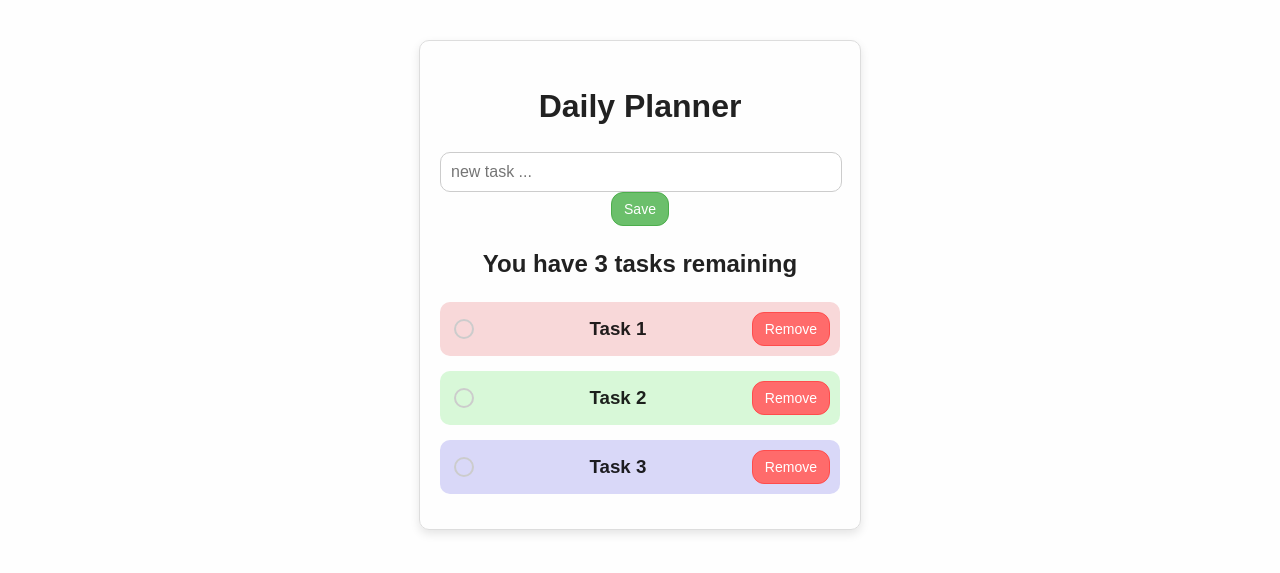
Repository: Zalida-Khan/Frontend-Lab4
Page: /
An editor plug-in stored every save of this project. The page is shown before and after the next save, followed by the edit.
The browser window is 1280 px wide. The pictures show the whole page.
The project was rebuilt for these pictures with package versions that can differ from the ones it lists, and the page was loaded fresh each time. Also part of the build but not shown: vite.config.js.

Above is the page before, as saved 2024-10-22 00:06:37.

### index.html
<!doctype html>
<html lang="en">

<head>
  <meta charset="UTF-8" />
  <link rel="icon" type="image/svg+xml" href="/vite.svg" />
  <meta name="viewport" content="width=device-width, initial-scale=1.0" />
  <title>Day Planner</title>
</head>

<body>
  <div id="root"></div>
  <script type="module" src="/src/main.jsx"></script>
</body>

</html>

### src/App.jsx
import "./App.css";
import React, { useState } from "react";
import Task from "./components/Task";
import TaskForm from "./components/TaskForm";

function App() {
  const [tasks, setTasks] = useState([
    { id: 1, text: "Task 1", completed: false },
    { id: 2, text: "Task 2", completed: false },
    { id: 3, text: "Task 3", completed: false },
  ]);

  const addTask = (text) =>
    setTasks([...tasks, { id: Date.now(), text, completed: false }]);

  const toggleTask = (id) =>
    setTasks(
      tasks.map((task) =>
        task.id === id ? { ...task, completed: !task.completed } : task
      )
    );

  const removeTask = (id) => setTasks(tasks.filter((task) => task.id !== id));

  const remainingTasks = tasks.filter((task) => !task.completed).length;

  return (
    <div className="app">
      <header>
        <h1>Daily Planner</h1>
      </header>
      <TaskForm addTask={addTask} />
      <h2>You have {remainingTasks} tasks remaining</h2>
      <div className="task-list">
        {tasks.map((task) => (
          <Task
            key={task.id}
            task={task}
            toggleTask={toggleTask}
            removeTask={removeTask}
          />
        ))}
      </div>
    </div>
  );
}

export default App;

### src/index.css
:root {
  font-family: Inter, system-ui, Avenir, Helvetica, Arial, sans-serif;
  line-height: 1.5;
  font-weight: 400;

  color-scheme: light dark;
  color: rgba(0, 0, 0, 0.87);
  background-color: #fefefe;

  font-synthesis: none;
  text-rendering: optimizeLegibility;
  -webkit-font-smoothing: antialiased;
  -moz-osx-font-smoothing: grayscale;
}

### src/App.css
#root {
  max-width: 1280px;
  margin: 0 auto;
  padding: 2rem;
  text-align: center;
}

.app {
  width: 400px;
  margin: 0 auto;
  padding: 20px;
  font-family: Arial, sans-serif;
  border: 1px solid #ddd;
  border-radius: 10px;
  box-shadow: 0 4px 10px rgba(0, 0, 0, 0.1);
}

.task-list {
  margin-top: 20px;
}

.task {
  display: flex;
  align-items: center;
  justify-content: space-between;
  margin-bottom: 15px;
  padding: 10px;
  border-radius: 10px;
  background-color: #f9f9f9;
}

.task:nth-child(1) {
  background-color: #f8d8d9;
}

.task:nth-child(2) {
  background-color: #d8f8d8;
}

.task:nth-child(3) {
  background-color: #d9d8f8;
}

.task:nth-child(4) {
  background-color: #f8e1d8;
}

.task h3 {
  margin: 0;
  flex-grow: 1;
  text-decoration: none;
}

.task.completed h3 {
  text-decoration: line-through;
}

.checkmark {
  appearance: none;
  width: 20px;
  height: 20px;
  border-radius: 50%;
  border: 2px solid #ccc;
  background-color: transparent;
  display: flex;
  align-items: center;
  justify-content: center;
  cursor: pointer;
  margin-right: 10px;
}

.checkmark:checked {
  background-color: #d1e7dd;
  border: 2px solid #198754;
}

.checkmark:checked::after {
  content: '✓';
  color: white;
}

.delete-btn {
  padding: 8px 12px;
  border-radius: 12px;
  background-color: #ff6b6b;
  border: 1px solid #ff4c4c;
  color: white;
  cursor: pointer;
  font-size: 14px;
  transition: background-color 0.3s, transform 0.2s;
}

.delete-btn:hover {
  background-color: #ff4c4c;
  transform: scale(1.05);
}

.save-btn {
  padding: 8px 12px;
  border-radius: 12px;
  background-color: #6bbf6b;
  border: 1px solid #4cae4c;
  color: white;
  cursor: pointer;
  font-size: 14px;
  transition: background-color 0.3s, transform 0.2s;
}

.save-btn:hover {
  background-color: #4cae4c;
  transform: scale(1.05);
}

.input-field {
  width: calc(100% - 20px);
  padding: 10px;
  border-radius: 10px;
  border: 1px solid #ccc;
  font-size: 16px;
  outline: none;
  transition: border-color 0.3s;
}

.input-field:focus {
  border-color: #198754;
}

### src/components/Task.jsx
import React from 'react';

function Task({ task, toggleTask, removeTask }) {
  return (
    <div className={`task ${task.completed ? 'completed' : ''}`}>
      <input className="checkmark" type="checkbox" checked={task.completed} onChange={() => toggleTask(task.id)} />
      <h3>{task.text}</h3>
      <button className="delete-btn" onClick={() => removeTask(task.id)}>Remove</button>
    </div>
  );
}

export default Task;

### src/components/TaskForm.jsx
import React, { useState } from 'react';

function TaskForm({ addTask }) {
  const [text, setText] = useState('');

  const handleSubmit = (e) => {
    e.preventDefault();
    if (text.trim()) {
      addTask(text);
      setText('');
    }
  };

  return (
    <form onSubmit={handleSubmit}>
      <input className="input-field" type="text" value={text} onChange={(e) => setText(e.target.value)} placeholder="new task ..." />
      <button className="save-btn" type="submit">Save</button>
    </form>
  );
}

export default TaskForm;

Loaded but not shown: src/main.jsx (common file)

After the next save:
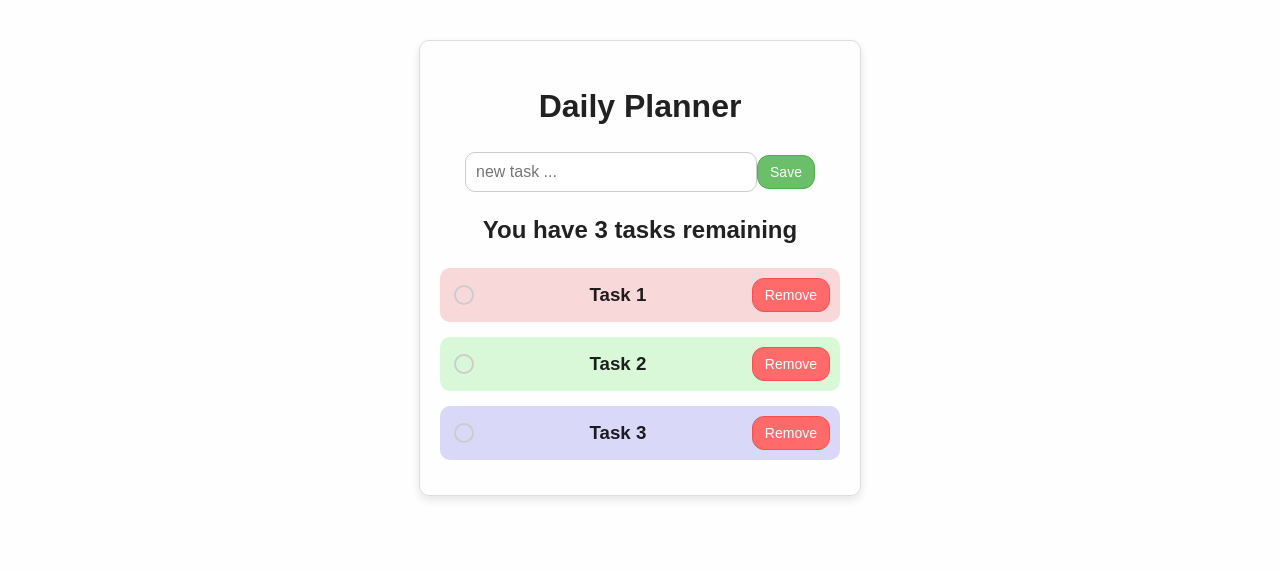
Saved 6 min 17 s later.
--- a/src/App.css
+++ b/src/App.css
@@ -111,8 +111,14 @@
   transform: scale(1.05);
 }
 
+.input-container {
+  display: flex;
+  align-items: center; /* Align items vertically */
+  margin-bottom: 20px; /* Add some space below the container */
+}
+
 .input-field {
-  width: calc(100% - 20px);
+  width: calc(100% - 130px); /* Adjust width based on button size */
   padding: 10px;
   border-radius: 10px;
   border: 1px solid #ccc;
